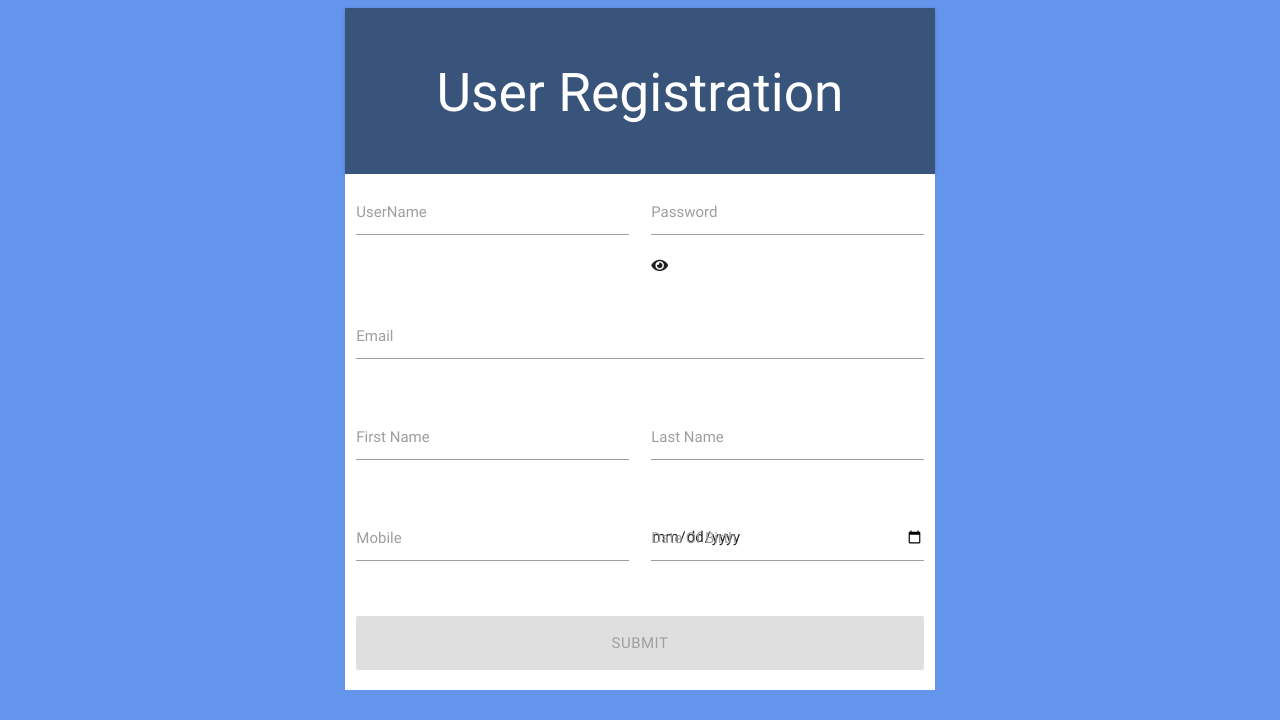
Repository: Nirmit04/Session-Management
Page: / (app in webapp/)
An editor plug-in stored every save of this project. The page is shown before and after the next save, followed by the edit.
The browser window is 1280 px wide. The pictures show the whole page.
Some web libraries are served in a nearby version. The project was rebuilt for these pictures with package versions that can differ from the ones it lists, and the page was loaded fresh each time. Also part of the build but not shown: webapp/angular.json.

Above is the page before, as saved 2019-02-14 17:35:09.

### webapp/src/index.html
<!doctype html>
<html lang="en">

<head>
  <meta charset="utf-8">
  <title>Llr</title>
  <base href="/">

  <meta name="viewport" content="width=device-width, initial-scale=1">
  <link rel="icon" type="image/x-icon" href="favicon.ico">
  <link rel="stylesheet" href="https://use.fontawesome.com/releases/v5.7.2/css/all.css" integrity="sha384-fnmOCqbTlWIlj8LyTjo7mOUStjsKC4pOpQbqyi7RrhN7udi9RwhKkMHpvLbHG9Sr" crossorigin="anonymous">
  <link rel="stylesheet" href="https://cdnjs.cloudflare.com/ajax/libs/materialize/0.100.2/css/materialize.min.css">
</head>

<body style="background-color:#6495ED;">
  <app-root></app-root>
  <script src="https://ajax.googleapis.com/ajax/libs/jquery/3.2.1/jquery.min.js"></script>
  <script src="https://cdnjs.cloudflare.com/ajax/libs/materialize/0.100.2/js/materialize.min.js"></script>
</body>

</html>

### webapp/src/styles.css
/* You can add global styles to this file, and also import other style files */
div.sm-jumbotron{
    margin: 0px;
    padding: 2rem;
    background-color: #38547b;
    color: #fff;
}

button.btn-submit{
    background-color: #38547b;
    color: #fff;
    width: 100%;
}
button.btn-submit:focus,button.btn-submit:hover{
    background-color: #38547b;
}

input.ng-invalid.ng-dirty{
    border-bottom-color : #e91e63 !important;
    box-shadow: 0 1px 0 0 #e91e63 !important;
}

#toast-container > div {
    opacity:1;
}

#abc{
    display:inline-block;
}

### webapp/src/app/app.module.ts
import { BrowserModule } from '@angular/platform-browser';
import { NgModule } from '@angular/core';
import { FormsModule } from '@angular/forms';
import { AppRoutingModule } from './app-routing.module';
import { AppComponent } from './app.component';
import { SignUpComponent } from './sign-up/sign-up/sign-up.component';
import { HttpClientModule } from '@angular/common/http';
import { UserService } from './shared/user.service';
import { ToastrModule } from 'ngx-toastr';
import { BrowserAnimationsModule } from '@angular/platform-browser/animations';
@NgModule({
  declarations: [
    AppComponent,
    SignUpComponent
  ],
  imports: [
    BrowserModule,
    AppRoutingModule,
    FormsModule,
    HttpClientModule,
    ToastrModule.forRoot(),
    BrowserAnimationsModule
  ],
  providers: [UserService],
  bootstrap: [AppComponent]
})
export class AppModule { }

### webapp/src/app/app.component.ts
import { Component } from '@angular/core';

@Component({
  selector: 'app-root',
  templateUrl: './app.component.html',
  styleUrls: ['./app.component.css']
})
export class AppComponent {
  title = 'llr';
}

### webapp/src/app/sign-up/sign-up/sign-up.component.ts
import { Component, OnInit } from '@angular/core';
import { User } from 'src/app/shared/user.model';
import { NgForm } from '@angular/forms';
import { UserService } from 'src/app/shared/user.service';
import { ToastrService } from 'ngx-toastr';

@Component({
  selector: 'app-sign-up',
  templateUrl: './sign-up.component.html',
  styleUrls: ['./sign-up.component.css']
})
export class SignUpComponent implements OnInit {
  user: User;
  emailPattern = '^[a-z0-9._%+-]+@[a-z0-9.-]+\.[a-z]{2,4}$';

  constructor(private userService: UserService, private toastr: ToastrService) { }

  ngOnInit() {
    this.resetForm();
  }

  resetForm(form?: NgForm) {
    if (form != null) {
      form.reset();
    }
    this.user = {
      UserName: '',
      Password: '',
      Email: '',
      FirstName: '',
      LastName: '',
      Mobile: '',
      dob: null
    };
  }

  OnSubmit(form: NgForm) {
    this.userService.registerUser(form.value)
      .subscribe((data: any) => {
        if (data.Succeeded === true) {
          this.resetForm(form);
          this.toastr.success('User registration successful');
        } else {
          this.toastr.error(data.Errors[0]);
        }
      });
  }

}

### webapp/src/app/shared/user.service.ts
import { Injectable } from '@angular/core';
import { HttpClient } from '@angular/common/http';
import { HttpResponse } from '@angular/common/http';
// import { Observable } from 'rxjs';
// import 'rxjs/add/operator/map';
import { User } from './user.model';

@Injectable({
  providedIn: 'root'
})
export class UserService {
  readonly rootUrl = 'http://dfaa1473.ngrok.io';

  constructor(private http: HttpClient) { }
  registerUser(user: User) {
    const body = {
      UserName: user.UserName,
      Password: user.Password,
      Email: user.Email,
      FirstName: user.FirstName,
      LastName: user.LastName,
      Mobile: user.Mobile,
      DateOfBirth: user.dob
    };
    return this.http.post(this.rootUrl + '//api/User/Register', body);
  }

}

### webapp/src/app/app.component.html
<!--The content below is only a placeholder and can be replaced.-->
<div class="container">
  <app-sign-up></app-sign-up>
</div>
<router-outlet></router-outlet>

### webapp/src/app/sign-up/sign-up/sign-up.component.html
<div class="row">
  <div class="col s8 offset-s2">
    <div class="card">
      <div class="sm-jumbotron center-align">
        <h2>User Registration</h2>
      </div>
      <form class="col s12 white" #userRegistrationForm="ngForm" (ngSubmit)="OnSubmit(userRegistrationForm)">
        <div class="row">
          <div class="input-field col s6">
            <input  class="validate" type="text" name="UserName" #UserName="ngModel" [(ngModel)]="user.UserName"
              required>
            <label data-error="Required field!">UserName</label>
          </div>
          <div class="input-field col s6">

            <input id="abc" class="validate" type="password" name="Password" #Password="ngModel" [(ngModel)]="user.Password"
              required minlength="4"> <i id="abc" class="fas fa-eye"></i>
            <label
              [attr.data-error]="Password.errors!=null?(Password.errors.required?'Required field!':'Minimum 4 characters needed'):''">Password</label>
          </div>
        </div>
        <div class="row">
          <div class="input-field col s12">
            <input class="validate" type="text" name="Email" #Email="ngModel" [(ngModel)]="user.Email"
              [pattern]="emailPattern">
            <label data-error="Invalid email!">Email</label>
          </div>
        </div>
        <div class="row">
          <div class="input-field col s6">
            <input type="text" name="FirstName" #FirstName="ngModel" [(ngModel)]="user.FirstName">
            <label>First Name</label>
          </div>
          <div class="input-field col s6">
            <input type="text" name="LastName" #LastName="ngModel" [(ngModel)]="user.LastName">
            <label>Last Name</label>
          </div>
        </div>
        <div class="row">
          <div class="input-field col s6">
            <input class="validate" type="text" pattern="[6-9]\d{9}$" name="Mobile" #Mobile="ngModel" [(ngModel)]="user.Mobile" required minlength="10" maxlength="10" >
            <label [attr.data-error]="Mobile.errors!=null?(Mobile.errors.required?'Required field!':'10 characters needed'):''">Mobile</label>
          </div>
          <div class="input-field col s6">
            <input type="date" class="validate" name="dob" #dob="ngModel" [(ngModel)]="user.dob"  required >
            <label  data-error="Required field!" >Date Of Birth</label>
          </div>
        </div>
        <div class="row">
          <div class="input-field col s12">
            <button [disabled]="!userRegistrationForm.valid" class="btn-large btn-submit" type="submit">Submit</button>
          </div>
        </div>
      </form>
    </div>
  </div>
</div>

Loaded but not shown: webapp/src/main.ts (common file); webapp/src/environments/environment.ts (common file); webapp/src/app/app-routing.module.ts (common file); webapp/src/app/app.component.css (no stored copy; drawn as an empty file); webapp/src/app/sign-up/sign-up/sign-up.component.css (no stored copy; drawn as an empty file)

After the next save:
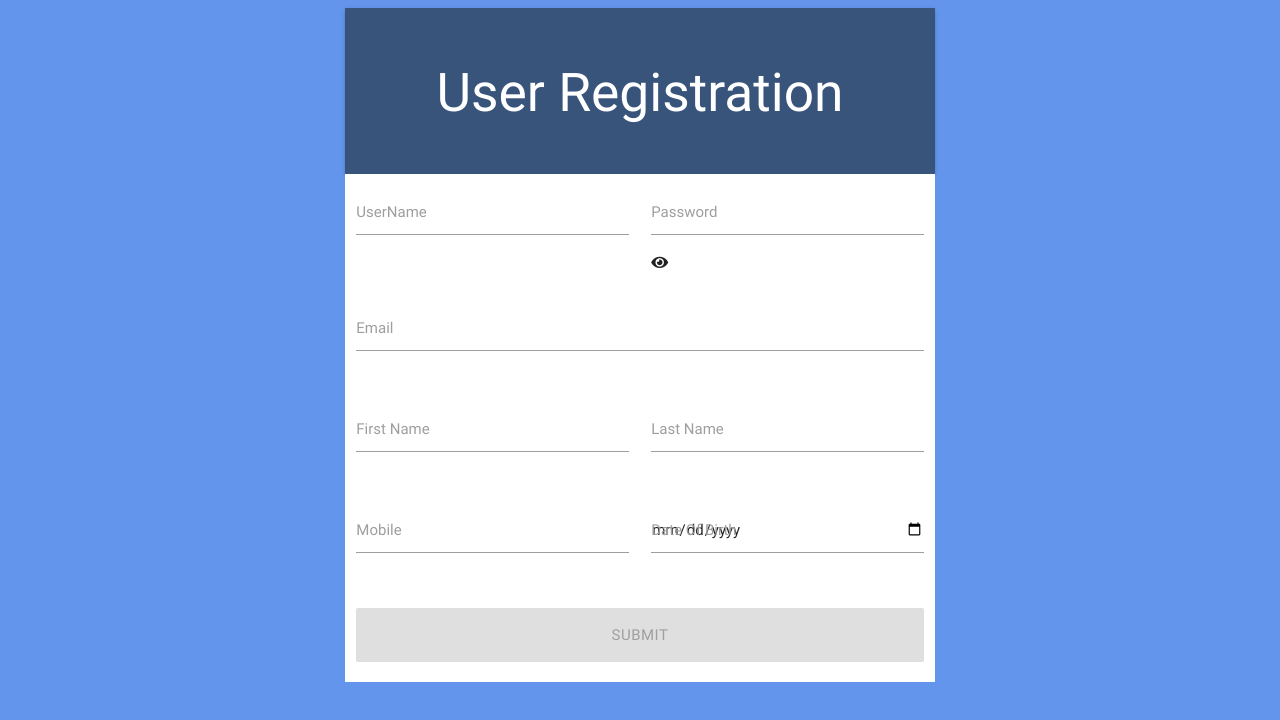
Saved 9 s later.
--- a/webapp/src/styles.css
+++ b/webapp/src/styles.css
@@ -25,5 +25,5 @@ input.ng-invalid.ng-dirty{
 }
 
 #abc{
-    display:inline-block;
+    display:block;
 }
